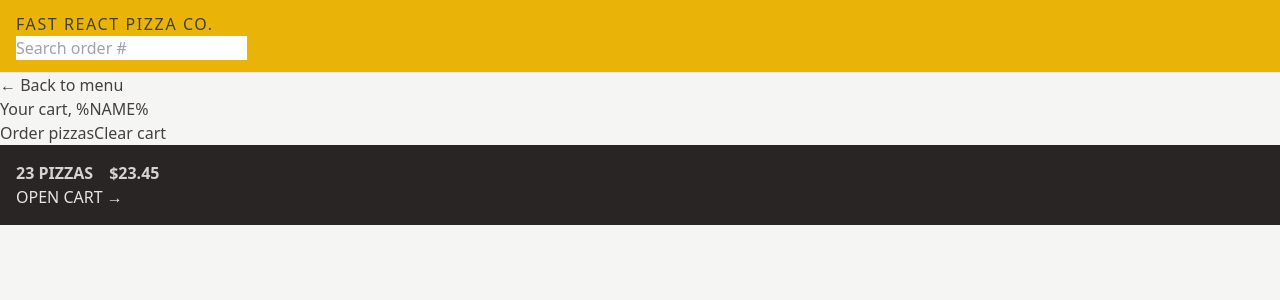
Repository: masamichan/pizza-vite
Page: /cart
The author's editor kept a copy of each file at every save. The page is drawn from the files as they stood at one save, then again after the next save.
The browser window is 1280 px wide. The pictures show the whole page.
The project was rebuilt for these pictures with package versions that can differ from the ones it lists, and the page was loaded fresh each time. Also part of the build but not shown: vite.config.js, src/ui/Home.jsx, src/services/apiRestaurant.js, src/utils/helpers.js, src/features/menu/MenuItem.jsx, src/features/menu/Menu.jsx, src/features/order/CreateOrder.jsx, src/features/order/Order.jsx and 2 more. Imported but missing from the stored project, and not drawn on this page: src/features/user/CreateUser.

Above is the page before, as saved 2023-12-22 09:42:27.

### src/App.jsx
import { RouterProvider, createBrowserRouter } from "react-router-dom"
import Home from './ui/Home'
import Menu, {loader as menuLoader} from './features/menu/Menu';
import Cart from './features/cart/Cart';
import CreateOrder, {action as createOrderAction} from './features/order/CreateOrder';
import Order, {loader as orderLoader} from "./features/order/Order"
import AppLayout from "./ui/AppLayout";
import Error from "./ui/Error"

const router = createBrowserRouter([
  {
    element: <AppLayout />,
    errorElement: <Error />,
    children: [
  { path: "/", element: <Home/>},
  { path: "/menu", element: <Menu />, loader: menuLoader, errorElement: <Error />},
  {path: "/cart",element: <Cart />},
  {path: "/order/new",element: <CreateOrder />, action: createOrderAction},
  {path: "/order/:orderId", element: <Order />, loader: orderLoader, errorElement: <Error />}
    ],
  },
])




function App() {
  return <RouterProvider router={router} />
}

export default App

### src/ui/AppLayout.jsx
import Header from "./Header"
import Loader from './Loader'
import { Outlet, useNavigation } from "react-router-dom"
import CartOverview from "../features/cart/CartOverview"


function AppLayout() {
  const navigation = useNavigation()
  const isLoading = navigation.state === "loading"
  return (
    <div className="layout">
    {isLoading && <Loader />}

    <Header />
    <main>
      <Outlet />
    </main>
    <CartOverview/>
    </div>
  )
}

export default AppLayout

### src/ui/Header.jsx
import { Link } from "react-router-dom"
import SearchOrder from "../features/order/SearchOrder"
import UserName from "../features/user/UserName"

function Header() {
  return (
    <header className="bg-yellow-500 border-b border-stone-200 px-4 py-3 uppercase">
    <Link to="/" className="tracking-widest">Fast React Pizza Co.</Link>
    <SearchOrder />
    <UserName />
    </header>
  )
}

export default Header

### src/features/cart/CartOverview.jsx
import { Link } from "react-router-dom";

function CartOverview() {
  return (
    <div className="bg-stone-800 p-4 uppercase text-stone-200" >
      <p className="space-x-4 font-semibold text-stone-300">
        <span>23 pizzas</span>
        <span>$23.45</span>
      </p>
      <Link to="/cart">Open cart &rarr;</Link>
    </div>
  );
}

export default CartOverview;

### src/features/order/SearchOrder.jsx
import { useState } from "react"
import { useNavigate } from "react-router-dom";

function SearchOrder() {

  const[query, setQuery] = useState('')
  const navigate = useNavigate()

  function handleSubmit(e) {
    e.preventDefault();
    if(!query) return;
    navigate(`/order/${query}`)
    setQuery("");
  }

  return (
    <form onSubmit={handleSubmit}>
      <input
      placeholder="Search order #"
      value={query}
      onChange={(e) => setQuery(e.target.value)}
      />
    </form>
  )
}

export default SearchOrder

### src/features/user/UserName.jsx

function UserName() {
  return (
    <div className="text-sm hidden font-semibold">Masami</div>
  )
}

export default UserName

Loaded but not shown: index.html (common file); src/main.jsx (common file); src/index.css (common file); src/features/cart/Cart.jsx (common file); tailwind.config.js (common file)

After the next save:
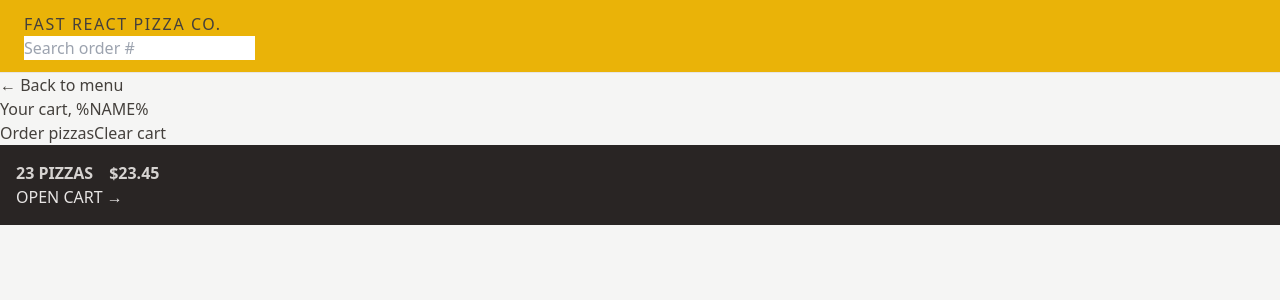
Saved 4 min 49 s later.
--- a/src/ui/Header.jsx
+++ b/src/ui/Header.jsx
@@ -1,15 +1,17 @@
-import { Link } from "react-router-dom"
-import SearchOrder from "../features/order/SearchOrder"
-import UserName from "../features/user/UserName"
+import { Link } from 'react-router-dom';
+import SearchOrder from '../features/order/SearchOrder';
+import UserName from '../features/user/UserName';
 
 function Header() {
   return (
-    <header className="bg-yellow-500 border-b border-stone-200 px-4 py-3 uppercase">
-    <Link to="/" className="tracking-widest">Fast React Pizza Co.</Link>
-    <SearchOrder />
-    <UserName />
+    <header className="border-b border-stone-200 bg-yellow-500 px-4 py-3 uppercase sm:px-6">
+      <Link to="/" className="tracking-widest">
+        Fast React Pizza Co.
+      </Link>
+      <SearchOrder />
+      <UserName />
     </header>
-  )
+  );
 }
 
-export default Header
+export default Header;
